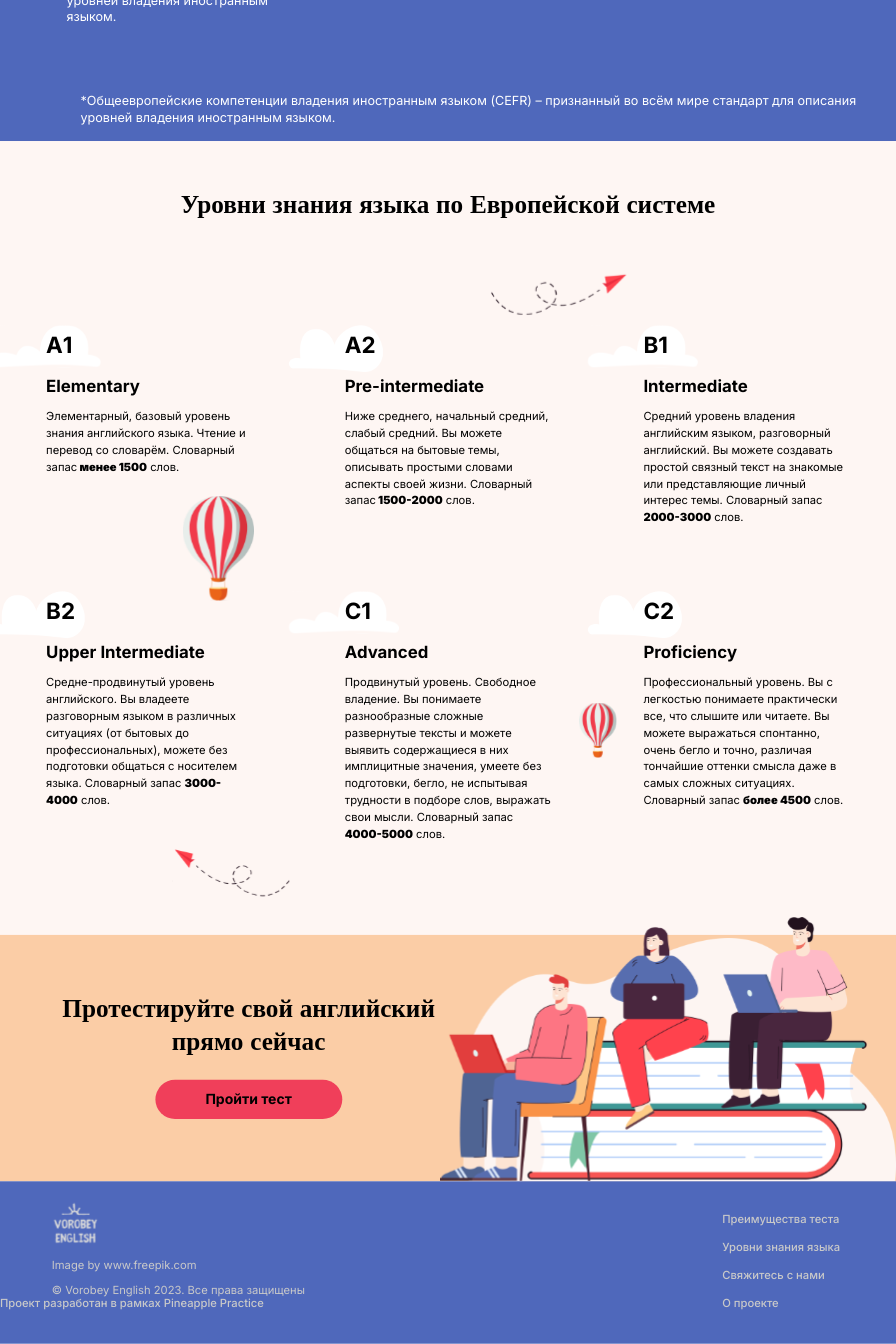
Repository: WladimirVA/Diplom
Page: templates/Index.html
The author's editor kept a copy of each file at every save. The page is drawn from the files as they stood at one save, then again after the next save.
The browser window is 1280 px wide. The pictures show the part of the page from y = 1901 to 3821 px (the page is 3821 px tall), at 70% of full size.

Above is the page before, as saved 2023-05-15 15:07:56.

### templates/Index.html
<!DOCTYPE html>
<html lang="ru">
<head>
    <meta charset="UTF-8">
    <meta http-equiv="X-UA-Compatible" content="IE=edge">
    <meta name="viewport" content="width=device-width, initial-scale=1.0">
    <link href="../static/css/style.css" rel="stylesheet" type="text/css">
    <link href="../static/css/fonts.css" rel="stylesheet" type="text/css">
    <link href="../static/css/slider.css">
    <link rel="icon" sizes="16x16" href="../static/img/Иконка _Лого_ (1_1).svg" type="image/x-icon">
    <title>Vorobeyenglish</title>
</head>
<body>
<script src="../static/js/listmenu.js"></script>
<header class="header" di="HOME">
    <div class="section">
        <div class="section-header">
            <div class="logo">
                <img src="../static/img/Иконка _Лого_ (1).svg">
            </div>
            <nav>
                <div class="dropdown">
                    <!-- <button onclick="myFunction()" class="dropbtn"> Выпадающий</button> -->
                    <a onclick="myFunction()"><img class="dropbtn" src="../static/img/Vector (6).svg"></a>
                    <div id="myDropdown" class="dropdown-content">
                        <div class="Name-logo">
                            <a href="#"><img class="Name-logo-mob1" src="../static/img/Иконка _Лого_ (1).svg"></a>
                            <img class="Name-logo-img1-info" src="../static/img/Ellipse 6 (2).svg">
                            <a href="#"><img class="Name-logo-img-info Name-logo-mob" src="../static/img/Vector (5).svg"></a>
                        </div>
                        <div class="header-nav-mob">
                            <a class="link" href="№">Главная</a>
                            <a class="link" href="#ADVAN_TEST">Преимущества теста</a>
                            <a class="link" href="#LANGUAGE_LEVELS">Уровни знания языка</a>
                                <form class="dropdown-button-mob" action="./next_test" method="post">
                                    <button class="dropdown-button-mob1">Пройти тест</button>
                                </form>
                            <a class="link" href="#">О проекте</a>
                            <a class="link" href="mailto:englishtest@yandex.ru">Свяжитесь с нами</a>
                        </div>
                        </div>
                </div>

                <ul class="header-nav">
                    <li><a class="link" href="#ADVAN_TEST">Преимущества теста</a></li>
                    <li><a class="link" href="#LANGUAGE_LEVELS">Уровни знания языка</a></li>
                    <li><a class="link" href="mailto:englishtest@yandex.ru">Свяжитесь с нами</a></li>
                    <li><a class="link" href="#">О проекте</a></li>
                </ul>
            </nav>
        </div>
    </div>
</header>
<main>
    <section class="HOME">
        <div class="section">
            <div class="content">
                <h1 class="title">
                    проверь<br class="br-mob"> свой уровень <br>английского
                </h1>
                <div class="section-home">

                    <div class="title-home">

                        <p class="home_p">
                            Пройдите наш <span  style="font-weight:900"> бесплатный <br></span> онлайн-тест и узнайте свой уровень <br>владения английским языком
                        </p>
                        <ul class="home_ul">
                            <li class="home_li"><img class="check" src="../static/img/Иконка _Галочка_ 3.svg">Без регистрации</li>
                            <li class="home_li"><img class="check" src="../static/img/Иконка _Галочка_ 3.svg">Без ограничений по времени</li>
                            <li class="home_li"><img class="check" src="../static/img/Иконка _Галочка_ 3.svg">По международным стандартам</li>
                        </ul>
                        <div class="buttonsHome">
                            <form action="./next_test" method="post">
                                <button class="button_home">Пройти тест</button>
                            </form>
                        </div>
                    </div>
                    <div class="image-home">
                        <img src="../static/img/иллюстр 6 (1).svg">
                    </div>
                </div>
            </div>

        </div>
    </section>
    <section class="WHY-TEST">
        <div class="section">
            <div class="">
                <div class="section-home-1">
                    <h1 class="title_2">Почему важно знать<br>свой уровень английского?</h1>
                    <div class="section-home-2">
                        <div class="image-home-2">
                            <img src="../static/img/иллюстр 2 1.svg">
                        </div>
                        <div class="home_p home-text">
                            <p>Если Вы решили улучшить свой английский, перед началом обучения всегда надо определить свой уровень знаний.</p>
                            <p class="p-text">Тест на определение уровня английского языка позволяет понять, с какого уровня следует начинать занятия, помогает преподавателю грамотно составить программу обучения, оценить сильные стороны ученика.</p>
                        </div>
                    </div>
                </div>
            </div>
        </div>
    </section>
    <section class="ADVAN_TEST" id="ADVAN_TEST">
        <div class="section">
            <div class="content">
                <div class="content_img">
                    <img class="rot-sheet" src="../static/img/shestirenki/Vector (3).png">
                    <img class="rot-sheet-1" src="../static/img/shestirenki/Vector (4).png">
                    <img class="rot rot-img1" src="../static/img/shestirenki/Vector (5).svg">
                    <img class="rot1 rot-img2" src="../static/img/shestirenki/Vector (7).svg">
                    <img class="rot rot-img3" src="../static/img/shestirenki/Vector (6).svg">
                </div>
                <div class="text_test">
                    <h1 class="title_3">Преимущества тестирования</h1>
                </div>
                <div class="content-ADVAN_TEST">
                    <div class="quality test-info">
                        <img src="../static/img/Mask group 1.svg">
                        <h3 class="advan-test">Стандарт качества</h3>
                        <p class="advan-test-p">Тест содержит 60 вопросов и разработан в соответствии с международной классификацией CEFR*. </p>
                        <p class="advan-test-p advan-test-p-2-mob">*Общеевропейские компетенции владения иностранным языком (CEFR) – признанный во всём мире стандарт для описания уровней владения иностранным языком. </p>

                    </div>
                    <div class="free test-info">
                        <img src="../static/img/Mask group2 1.svg">
                        <h3 class="advan-test">Полностью бесплатно</h3>
                        <p class="advan-test-p">Проверьте свой уровень английского бесплатно — регистрироваться и вводить email не нужно.</p>
                    </div>
                    <div class="availability test-info">
                        <img src="../static/img/Mask group1 1.svg">
                        <h3 class="advan-test">Доступность</h3>
                        <p class="advan-test-p">Тестирование можно пройти с любого устройства: компьютера, планшета или смартфона. Нужен только интернет.</p>
                    </div>
                </div>
                <div class="content_img_mob">
                    <img class="rot-sheet" src="../static/img/shestirenki/Vector (3).png">
                    <img class="rot-sheet-1" src="../static/img/shestirenki/Vector (4).png">
                    <img class="rot rot-img1" src="../static/img/shestirenki/Vector (5).svg">
                    <img class="rot1 rot-img2" src="../static/img/shestirenki/Vector (7).svg">
                    <img class="rot rot-img3" src="../static/img/shestirenki/Vector (6).svg">
                </div>
                <p class="advan-test-p advan-test-p-2">*Общеевропейские компетенции владения иностранным языком (CEFR) – признанный во всём мире стандарт для описания уровней владения иностранным языком. </p>
            </div>
        </div>
    </section>
    <section class="LANGUAGE_LEVELS" id="LANGUAGE_LEVELS">
        <div class="section">
            <div class="content">
                <div class="text_test">
                    <h1 class="title_3">Уровни знания языка по Европейской системе</h1>
                    <img src="../static/img/иллюстр 1 1.svg">
                </div>
                <div class="container container_lev">
                    <div class="box-1 container-box">
                        <img class="cloud" src="../static/img/Vector 5.svg">
                        <h3>А1</h3>
                        <p class="container-box-p">Elementary</p>
                        <p class="container-box-p2">Элементарный, базовый уровень знания английского языка. Чтение и перевод со словарём. Словарный запас<span  style="font-weight:900"> менее 1500</span> слов.</p>
                        <img class="ball" src="../static/img/иллюстр 3 1.svg">
                    </div>
                    <div class="box-1 container-box">
                        <img class="cloud" src="../static/img/Vector 1 1.png">
                        <h3>А2</h3>
                        <p class="container-box-p">Pre-intermediate</p>
                        <p class="container-box-p2">Ниже среднего, начальный средний, слабый средний. Вы можете общаться на бытовые темы, описывать простыми словами аспекты своей жизни. Словарный запас<span  style="font-weight:900"> 1500-2000</span> слов.</p>
                    </div>
                    <div class="box-1 container-box">
                        <img class="cloud" src="../static/img/Vector 5.svg">
                        <h3>B1</h3>
                        <p class="container-box-p">Intermediate</p>
                        <p class="container-box-p2">Средний уровень владения английским языком, разговорный английский. Вы можете создавать простой связный текст на знакомые или представляющие личный интерес темы. Словарный запас<span  style="font-weight:900"> 2000-3000</span> слов.</p>
                    </div>
                    <div class="box-1 container-box">
                        <img class="cloud" src="../static/img/Vector 1 1.png">
                        <h3>B2</h3>
                        <p class="container-box-p">Upper Intermediate</p>
                        <p class="container-box-p2">Средне-продвинутый уровень английского. Вы владеете разговорным языком в различных ситуациях (от бытовых до профессиональных), можете без подготовки общаться с носителем языка. Словарный запас <span  style="font-weight:900">3000-4000</span> слов.</p>
                        <img class="ball-2" src="../static/img/иллюстр 5 1.svg">
                    </div>
                    <div class="box-1 container-box">
                        <img class="cloud" src="../static/img/Vector 5.svg">
                        <h3>C1</h3>
                        <p class="container-box-p">Advanced</p>
                        <p class="container-box-p2">Продвинутый уровень. Свободное владение. Вы понимаете разнообразные сложные развернутые тексты и можете выявить содержащиеся в них имплицитные значения, умеете без подготовки, бегло, не испытывая трудности в подборе слов, выражать свои мысли. Словарный запас <span  style="font-weight:900">4000-5000</span> слов.</p>
                        <img class="ball-3" src="../static/img/иллюстр 4 1.svg">
                    </div>
                    <div class="box-1 container-box">
                        <img class="cloud" src="../static/img/Vector 1 1.png">
                        <h3>C2</h3>
                        <p class="container-box-p">Proficiency</p>
                        <p class="container-box-p2">Профессиональный уровень. Вы с легкостью понимаете практически все, что слышите или читаете. Вы можете выражаться спонтанно, очень бегло и точно, различая тончайшие оттенки смысла даже в самых сложных ситуациях. Словарный запас <span  style="font-weight:900">более 4500</span> слов.</p>
                    </div>
                </div>
                <div class="container_mob">
                    <div class="itc-slider__wrapper">
                        <div class="viewport">
                            <div class="slider">
                                <div class="item"><!-- Начало 1 слайда -->
                                    <div class="box-1 container-box">
                                        <img class="cloud" src="../static/img/Vector 5.svg">
                                        <h3>А1</h3>
                                        <p class="container-box-p">Elementary</p>
                                        <p class="container-box-p2">Элементарный, базовый уровень знания английского языка. Чтение и перевод со словарём. Словарный запас<span  style="font-weight:900"> менее 1500</span> слов.</p>
                                        <img class="ball" src="../static/img/иллюстр 3 1.svg">
                                    </div>
                                </div> <!-- Конец 1 слайда -->
                                <div class="item"><!-- Начало 2 слайда -->
                                    <div class="box-1 container-box">
                                        <img class="cloud" src="../static/img/Vector 1 1.png">
                                        <h3>А2</h3>
                                        <p class="container-box-p">Pre-intermediate</p>
                                        <p class="container-box-p2">Ниже среднего, начальный средний, слабый средний. Вы можете общаться на бытовые темы, описывать простыми словами аспекты своей жизни. Словарный запас<span  style="font-weight:900"> 1500-2000</span> слов.</p>
                                    </div>
                                </div><!-- Конец 2 слайда -->
                                <div class="item"><!-- Начало 3 слайда -->
                                    <div class="box-1 container-box">
                                        <img class="cloud" src="../static/img/Vector 5.svg">
                                        <h3>B1</h3>
                                        <p class="container-box-p">Intermediate</p>
                                        <p class="container-box-p2">Средний уровень владения английским языком, разговорный английский. Вы можете создавать простой связный текст на знакомые или представляющие личный интерес темы. Словарный запас<span  style="font-weight:900"> 2000-3000</span> слов.</p>
                                    </div>
                                </div><!-- Конец 3 слайда -->
                                <div class="item"><!-- Начало 4 слайда -->
                                    <div class="box-1 container-box">
                                        <img class="cloud" src="../static/img/Vector 1 1.png">
                                        <img class="ball-2" src="../static/img/иллюстр 5 1.svg">
                                        <h3>B2</h3>
                                        <p class="container-box-p">Upper Intermediate</p>
                                        <p class="container-box-p2">Средне-продвинутый уровень английского. Вы владеете разговорным языком в различных ситуациях (от бытовых до профессиональных), можете без подготовки общаться с носителем языка. Словарный запас <span  style="font-weight:900">3000-4000</span> слов.</p>
                                    </div>
                                </div><!-- Конец 4 слайда -->
                                <div class="item"><!-- Начало 5 слайда -->
                                    <div class="box-1 container-box">
                                        <img class="ball-3" src="../static/img/иллюстр 4 1.svg">
                                        <img class="cloud" src="../static/img/Vector 5.svg">
                                        <h3>C1</h3>
                                        <p class="container-box-p">Advanced</p>
                                        <p class="container-box-p2">Продвинутый уровень. Свободное владение. Вы понимаете разнообразные сложные развернутые тексты и можете выявить содержащиеся в них имплицитные значения, умеете без подготовки, бегло, не испытывая трудности в подборе слов, выражать свои мысли. Словарный запас <span  style="font-weight:900">4000-5000</span> слов.</p>
                                    </div>
                                </div><!-- Конец 5 слайда -->
                                <div class="item"><!-- Начало 6 слайда -->
                                    <div class="box-1 container-box">
                                        <img class="cloud" src="../static/img/Vector 1 1.png">
                                        <h3>C2</h3>
                                        <p class="container-box-p">Proficiency</p>
                                        <p class="container-box-p2">Профессиональный уровень. Вы с легкостью понимаете практически все, что слышите или читаете. Вы можете выражаться спонтанно, очень бегло и точно, различая тончайшие оттенки смысла даже в самых сложных ситуациях. Словарный запас <span  style="font-weight:900">более 4500</span> слов.</p>
                                    </div>
                                </div><!-- Конец 6 слайда -->
                            </div>
                        <div class="button111">
                            <div><a class="prev" onclick="minusSlide()"><img src="../static/img/Polygon 1.png"></a></div>
                            <div><a class="next" onclick="plusSlide()"><img src="../static/img/Polygon 2.png"></a></div>
                            <script src="../static/js/slider.js"></script>
                        </div>
                    <div>
                </div>
            </div>
        </div>
    </section>
    <section class="TEST">
        <div class="section">
            <div class="content">
                <div class="test-now">
                    <div class="test-now-text">
                        <h1 class="title_3">Протестируйте свой английский<br> прямо сейчас</h1>

                        <form action="../next_test" method="post">
                            <button class="button test_button">Пройти тест</button>
                        </form>

                    </div>
                    <div class="test-now-img">
                        <img src="../static/img/Group 78 1 (1).svg">
                    </div>
                </div>
            </div>
        </div>
    </section>
</main>
<footer class="FOOTER" id="FOOTER">
    <div class="section">
        <div class="section-footer">
            <div class="footer-logo">
                <img src="../static/img/Vector (3).svg">
                <p class="footer-logo-p">Image by www.freepik.com</p>
                <p class="footer-logo-p2">© Vorobey English 2023. Все права защищены</p>
                <p class="footer-link" >Проект разработан в рамках Pineapple Practice</p>
            </div>
            <div class="footer-navi">
                <nav>
                    <ul class="footer-nav">
                        <li><a class="footer-link" href="#ADVAN_TEST">Преимущества теста</a></li>
                        <li><a class="footer-link" href="#LANGUAGE_LEVELS">Уровни знания языка</a></li>
                        <li><a class="footer-link" href="mailto:englishtest@yandex.ru">Свяжитесь с нами</a></li>
                        <li><a class="footer-link" href="#">О проекте</a></li>
                        <li><p class="mob-1 footer-link">© Vorobey English 2023<br> Все права защищены</p></li>
                        <li><p class="mob-1 footer-link" >Image by www.freepik.com</p></li>
                        <li><p class="mob-1 footer-link" >Проект разработан в рамках Pineapple Practice</p></li>
                    </ul>
                </nav>
            </div>

        </div>
    </div>
</footer>

</body>
</html>

### static/css/fonts.css
/* @import url('https://fonts.googleapis.com/css2?family=Work+Sans:ital,wght@0,600;0,800;1,800&display=swap'); */


/* @import url('https://fonts.googleapis.com/css2?family=Inter:wght@400;500;600;700;800&family=Work+Sans:ital,wght@0,600;0,800;1,800&display=swap'); */


@import url('https://fonts.googleapis.com/css2?family=Inter:wght@100;200;300;400;500;600;700;800;900&display=swap');

@import url('https://fonts.googleapis.com/css2?family=Inter:wght@100;200;300;400;500;600;700;800;900&family=Work+Sans:ital,wght@0,100;0,200;0,300;0,400;0,500;0,600;0,700;0,800;0,900;1,100;1,200;1,300;1,400;1,500;1,600;1,700;1,800;1,900&display=swap');

Loaded but not shown: static/js/slider.js (34 lines, source omitted); static/js/listmenu.js (18 lines, source omitted); static/css/style.css (934 lines, source omitted)

After the next save:
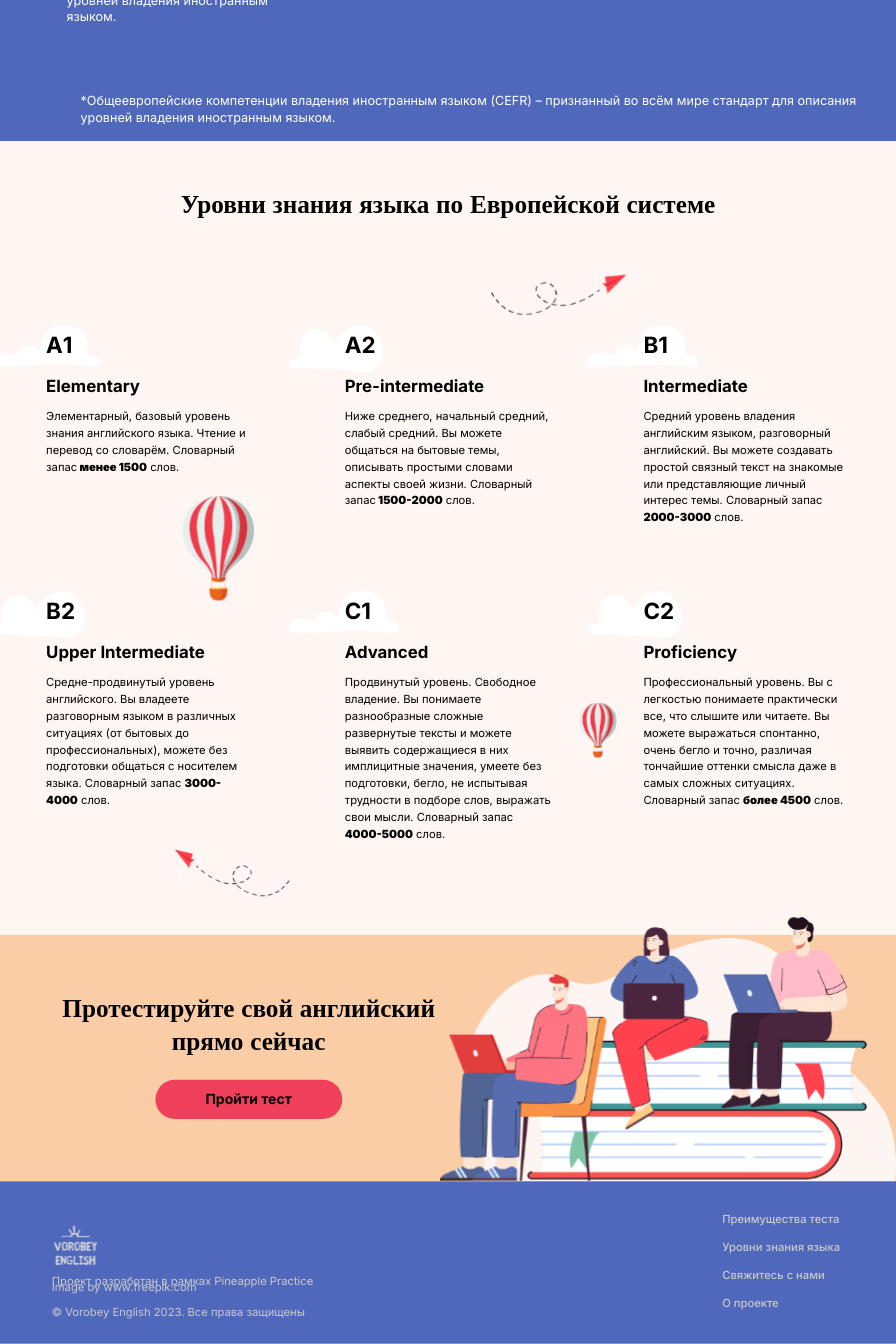
Saved 24 s later.
--- a/templates/Index.html
+++ b/templates/Index.html
@@ -286,7 +286,7 @@
                 <img src="../static/img/Vector (3).svg">
                 <p class="footer-logo-p">Image by www.freepik.com</p>
                 <p class="footer-logo-p2">© Vorobey English 2023. Все права защищены</p>
-                <p class="footer-link" >Проект разработан в рамках Pineapple Practice</p>
+                <p class="footer-logo-p" >Проект разработан в рамках Pineapple Practice</p>
             </div>
             <div class="footer-navi">
                 <nav>
